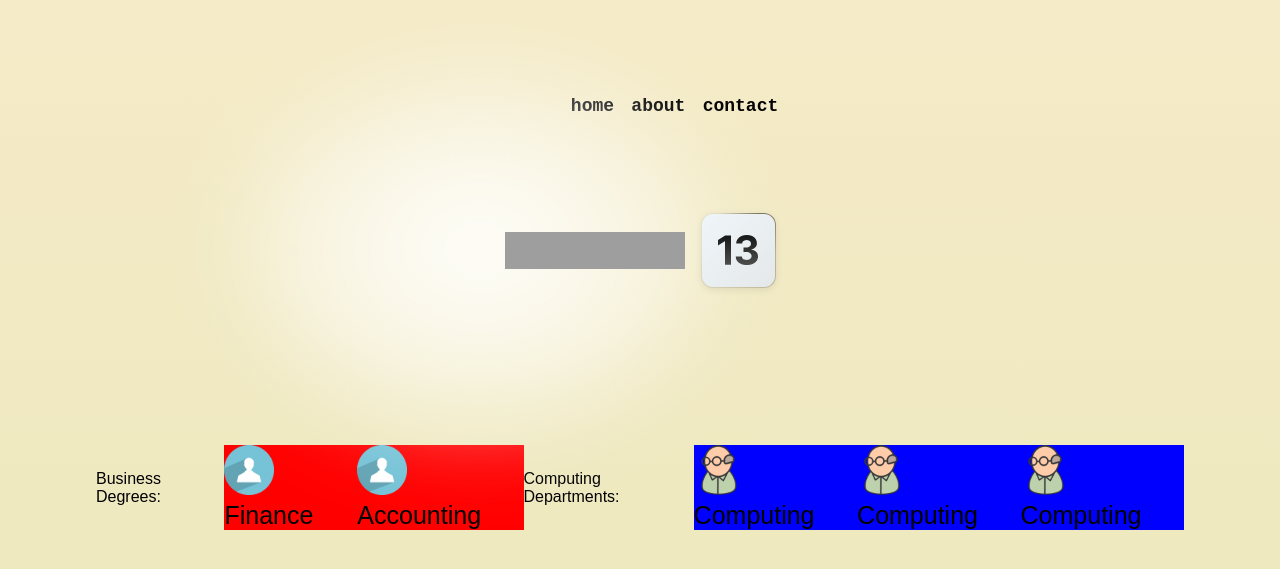
Repository: cheungglenda/MDIA2109-Week3
Page: /
An editor plug-in stored every save of this project. The page is shown before and after a run of saves, followed by the edit.
The browser window is 1280 px wide. The pictures show the whole page.
Pictures or frames that could not be fetched are drawn as grey boxes. The project was rebuilt for these pictures with package versions that can differ from the ones it lists, and the page was loaded fresh each time. The framework's server and built-in components were replaced by stand-ins that run in the browser. Also part of the build but not shown: next.config.js.

Above is the page before, as saved 2023-01-20 13:17:38.

### pages/index.js
import Head from 'next/head'
import Image from 'next/image'
import { Inter } from '@next/font/google'
import styles from '@/styles/Home.module.css'
import data from '../data/education.json'
import { useState } from 'react'
import Card from '../components/Card'
import Link from 'next/link'

const inter = Inter({ subsets: ['latin'] })

export default function Home() {

  /** ([...data]) enters the data in the useState and is calling that info. the useState has all the data from the education.json file */
  const [information, setInformation] = useState([...data])
  console.log(data);

  return (
    <>
      <Head>
        <title>Create Next App</title>
        <meta name="description" content="Generated by create next app" />
        <meta name="viewport" content="width=device-width, initial-scale=1" />
        <link rel="icon" href="/favicon.ico" />
      </Head>
      <main className={styles.main}>
        <div className={styles.buttons}>
      <Link href="/" className={styles.links}>Home</Link>
      <Link href="/about" className={styles.links}>About</Link>
      <Link href="/" className={styles.links}>Contact</Link>
        </div>

        <div className={styles.center}>
          <Image
            className={styles.logo}
            src="/next.svg"
            alt="Next.js Logo"
            width={180}
            height={37}
            priority
          />
          <div className={styles.thirteen}>
            <Image
              src="/thirteen.svg"
              alt="13"
              width={40}
              height={31}
              priority
            />
          </div>
        </div>


        <div className={styles.grid}>
          <div>Business Degrees:</div>
          {information && information.map((info, index) => {
            if(info.department.toLowerCase() === "business") {
            return (
              <Card key={index} degree={info.degree} color="red" font="25px"/>
            )
          }
          })}
           <div>Computing Departments:</div>
          {information && information.map((info, index) => {
            if(info.department.toLowerCase() === "computing") {
            return (
              <Card key={index} degree={info.department} color="blue" font="25px"/>
            )
          }
          })}
        </div>
      </main>
    </>
  )
}

/** .toLowerCase() is input when you don't want to worry about case sensitivity */

### styles/Home.module.css
.main {
  display: flex;
  flex-direction: column;
  justify-content: space-between;
  align-items: center;
  padding: 6rem;
  font-family:arial;
  min-height: 100vh;
  background-image: linear-gradient(rgb(245, 235, 200), rgb(236, 232, 188));

}

.buttons {
  display: flex;
  flex-direction:row;
  justify-content: space-evenly;
  margin-bottom:3%;
}

.links:hover {
  text-decoration:underline;
}

.links {
  font-size: 18px;
  max-width: var(--max-width);
  width: 100%;
  font-weight:900;
  font-family: 'Courier New', Courier, monospace;
  text-transform:lowercase;
  padding-left:10%;
}

.description {
  display: inherit;
  justify-content: inherit;
  align-items: inherit;
  font-size: 15px;
  max-width: var(--max-width);
  width: 100%;
  font-family: var(--font-mono);
}

.description a {
  display: flex;
  justify-content: center;
  align-items: center;
  gap: 0.5rem;
}

.description p {
  position: relative;
  margin: 0;
  padding: 1rem;
  background-color: rgba(var(--callout-rgb), 0.5);
  border: 1px solid rgba(var(--callout-border-rgb), 0.3);
  border-radius: var(--border-radius);
}

.code {
  font-weight: 700;
  font-family: var(--font-mono);
}

.meetTitle {
  font-size: 50px;
  font-weight:700;
  text-transform:lowercase;
  font-family:'Courier New', Courier, monospace;
  text-align:center;
}

.grid {
  display: flex;
  justify-content:center;
  width: var(--max-width);
  max-width: 100%;
  align-items:center;
  flex: 1;
}

.card {
  padding: 1rem 1.2rem;
  border-radius: var(--border-radius);
  background: rgba(var(--card-rgb), 0);
  border: 1px solid rgba(var(--card-border-rgb), 0);
  transition: background 200ms, border 200ms;
}

.card span {
  display: inline-block;
  transition: transform 200ms;
}

.info {
  font-family:Arial, Helvetica, sans-serif;
}

.card h2 {
  font-weight: 600;
  margin-bottom: 0.7rem;
}

.card p {
  margin: 0;
  opacity: 0.6;
  font-size: 0.9rem;
  line-height: 1.5;
  max-width: 30ch;
}


.employees {
  display:flex;
  gap:20px;
  width: 80%;
  text-align:center;
  font-family:'Courier New', Courier, monospace;
}

.titleDesc {
  font-size:16px;
  margin-bottom:3%;
}

.center {
  display: flex;
  justify-content: center;
  align-items: center;
  position: relative;
  padding: 4rem 0;
}

.center::before {
  background: var(--secondary-glow);
  border-radius: 50%;
  width: 480px;
  height: 360px;
  margin-left: -400px;
}

.center::after {
  background: var(--primary-glow);
  width: 240px;
  height: 180px;
  z-index: -1;
}

.center::before,
.center::after {
  content: '';
  left: 50%;
  position: absolute;
  filter: blur(45px);
  transform: translateZ(0);
}

.logo,
.thirteen {
  position: relative;
}

.thirteen {
  display: flex;
  justify-content: center;
  align-items: center;
  width: 75px;
  height: 75px;
  padding: 25px 10px;
  margin-left: 16px;
  transform: translateZ(0);
  border-radius: var(--border-radius);
  overflow: hidden;
  box-shadow: 0px 2px 8px -1px #0000001a;
}

.thirteen::before,
.thirteen::after {
  content: '';
  position: absolute;
  z-index: -1;
}

/* Conic Gradient Animation */
.thirteen::before {
  animation: 6s rotate linear infinite;
  width: 200%;
  height: 200%;
  background: var(--tile-border);
}

/* Inner Square */
.thirteen::after {
  inset: 0;
  padding: 1px;
  border-radius: var(--border-radius);
  background: linear-gradient(
    to bottom right,
    rgba(var(--tile-start-rgb), 1),
    rgba(var(--tile-end-rgb), 1)
  );
  background-clip: content-box;
}

/* Enable hover only on non-touch devices */
@media (hover: hover) and (pointer: fine) {
  .card:hover {
    background: rgba(var(--card-rgb), 0.1);
    border: 1px solid rgba(var(--card-border-rgb), 0.15);
  }

  .card:hover span {
    transform: translateX(4px);
  }
}

@media (prefers-reduced-motion) {
  .thirteen::before {
    animation: none;
  }

  .card:hover span {
    transform: none;
  }
}

/* Mobile */
@media (max-width: 700px) {
  .content {
    padding: 4rem;
  }

  .grid {
    grid-template-columns: 1fr;
    margin-bottom: 120px;
    max-width: 320px;
    text-align: center;
  }

  .card {
    padding: 1rem 2.5rem;
  }

  .card h2 {
    margin-bottom: 0.5rem;
  }

  .center {
    padding: 8rem 0 6rem;
  }

  .center::before {
    transform: none;
    height: 300px;
  }

  .description {
    font-size: 0.8rem;
  }

  .description a {
    padding: 1rem;
  }

  .description p,
  .description div {
    display: flex;
    justify-content: center;
    position: fixed;
    width: 100%;
  }

  .description p {
    align-items: center;
    inset: 0 0 auto;
    padding: 2rem 1rem 1.4rem;
    border-radius: 0;
    border: none;
    border-bottom: 1px solid rgba(var(--callout-border-rgb), 0.25);
    background: linear-gradient(
      to bottom,
      rgba(var(--background-start-rgb), 1),
      rgba(var(--callout-rgb), 0.5)
    );
    background-clip: padding-box;
    backdrop-filter: blur(24px);
  }

  .description div {
    align-items: flex-end;
    pointer-events: none;
    inset: auto 0 0;
    padding: 2rem;
    height: 200px;
    background: linear-gradient(
      to bottom,
      transparent 0%,
      rgb(var(--background-end-rgb)) 40%
    );
    z-index: 1;
  }
}

/* Tablet and Smaller Desktop */
@media (min-width: 701px) and (max-width: 1120px) {
  .grid {
    grid-template-columns: repeat(2, 50%);
  }
}

@media (prefers-color-scheme: dark) {
  .vercelLogo {
    filter: invert(1);
  }

  .logo,
  .thirteen img {
    filter: invert(1) drop-shadow(0 0 0.3rem #ffffff70);
  }
}

@keyframes rotate {
  from {
    transform: rotate(360deg);
  }
  to {
    transform: rotate(0deg);
  }
}

### data/education.json
[
        {
            "studentNumber": "A0004567",
            "firstName": "Person 1",
            "gpa": 3.8,
            "department": "Business",
            "degree": "Finance",
            "graduted": 2014
        },
        {
            "studentNumber": "A0001234",
            "firstName": "Person 2",
            "gpa": 3.5,
            "department": "Business",
            "degree": "Accounting",
            "graduted": 2010
        },
        {
            "studentNumber": "A0007890",
            "firstName": "Person 3",
            "gpa": 3.2,
            "department": "Computing",
            "degree": "Applied Software Development Certificate",
            "graduted": 2018
        },
        {
            "studentNumber": "A0007828",
            "firstName": "Person 4",
            "gpa": 3.9,
            "department": "Computing",
            "degree": "Computer Systems Diploma",
            "graduted": 2021
        },
        {
            "studentNumber": "A0003425",
            "firstName": "Person 5",
            "gpa": 3.2,
            "department": "Computing",
            "degree": "Applied Computer Information Systems Certificate",
            "graduted": 2021
        }
]

### components/Card/index.js
export default function EmployeeCard({
    degree = "none",
    color = "purple",
    font = "O",
    image = "icon/personTwo.png"
}) {
    return (
        <div style={{backgroundColor: color, fontSize: font}}>
            {
                color === "red" ? <img src={'icon/person.png'} width="50"/> :
                color === "blue" ? <img src={'icon/personThree.png'} width="50"/> :
                <img src={image} width="50"/>
            }
            {degree}
        </div>
    )
}

Loaded but not shown: pages/_app.js (common file); pages/_document.js (common file); pages/api/hello.js (common file); styles/globals.css (common file)

After the next 2 saves:
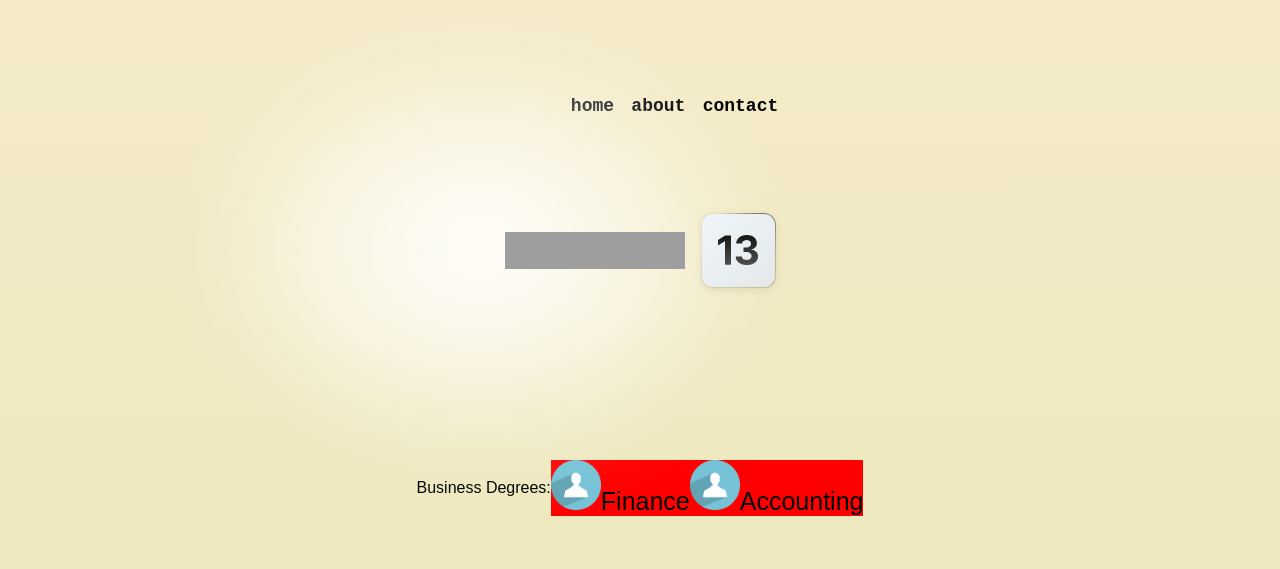
The 2 saves are shown as one change because 1 did not build or start.
The last was saved 6 min 8 s later.
--- a/pages/index.js
+++ b/pages/index.js
@@ -60,14 +60,7 @@ export default function Home() {
             )
           }
           })}
-           <div>Computing Departments:</div>
-          {information && information.map((info, index) => {
-            if(info.department.toLowerCase() === "computing") {
-            return (
-              <Card key={index} degree={info.department} color="blue" font="25px"/>
-            )
-          }
-          })}
+
         </div>
       </main>
     </>
